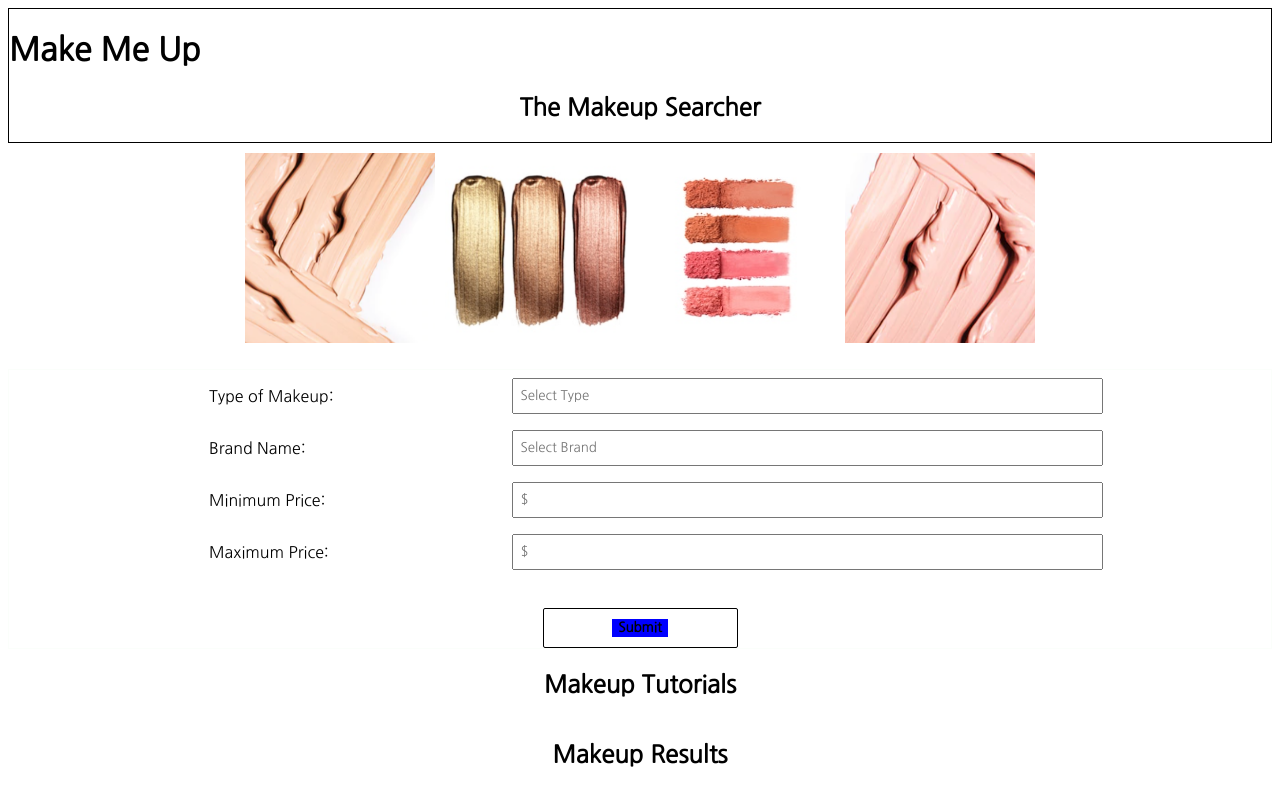
Repository: kaitlynMidori/MakeMeUp
Page: index.html
These files come from the project's save history. The page is drawn as it stood at one moment and after the next save; the edit follows.
The browser window is 1280 px wide. The pictures show the whole page.

Above is the page before, as saved 2020-12-13 16:47:14.

After the next save:
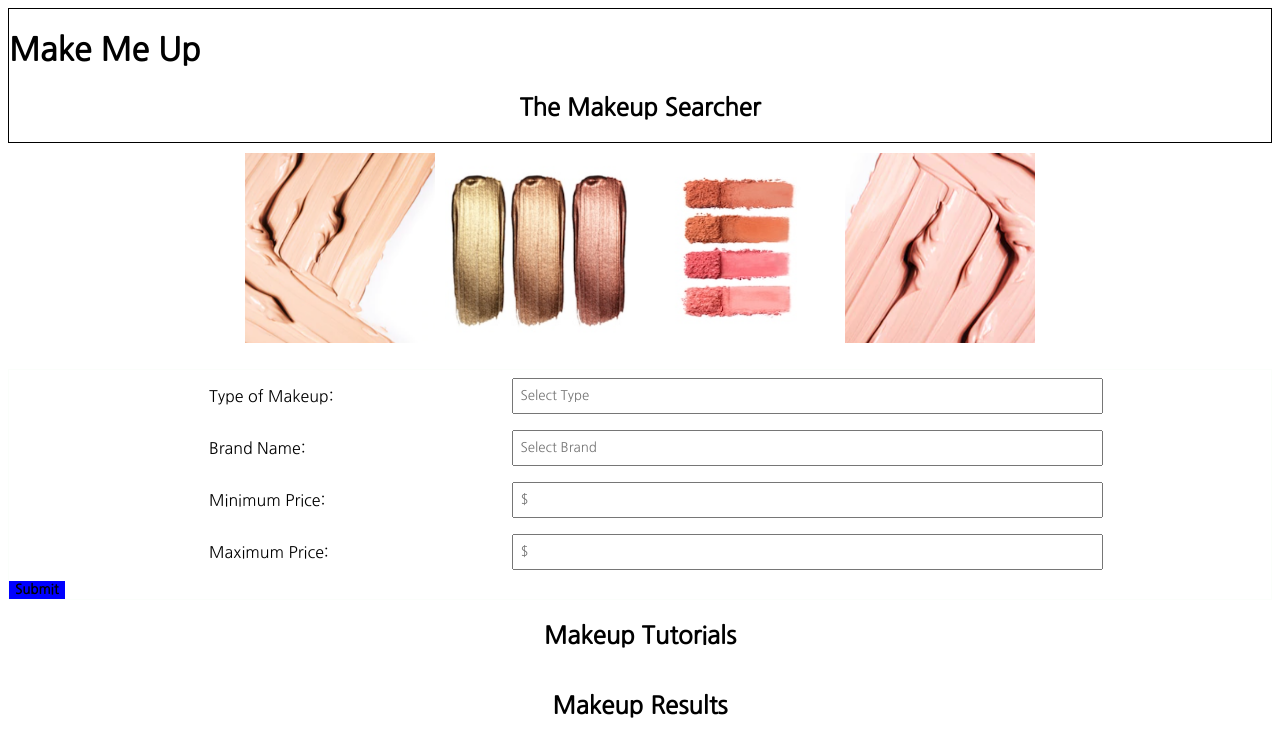
Saved 89 s later.
--- a/style.css
+++ b/style.css
@@ -77,7 +77,7 @@
     border: none;
 }
 
-.button {
+.submit-btn > button {
     max-width: 195px;
     display:flex;
     flex: 1;

After the save that followed:
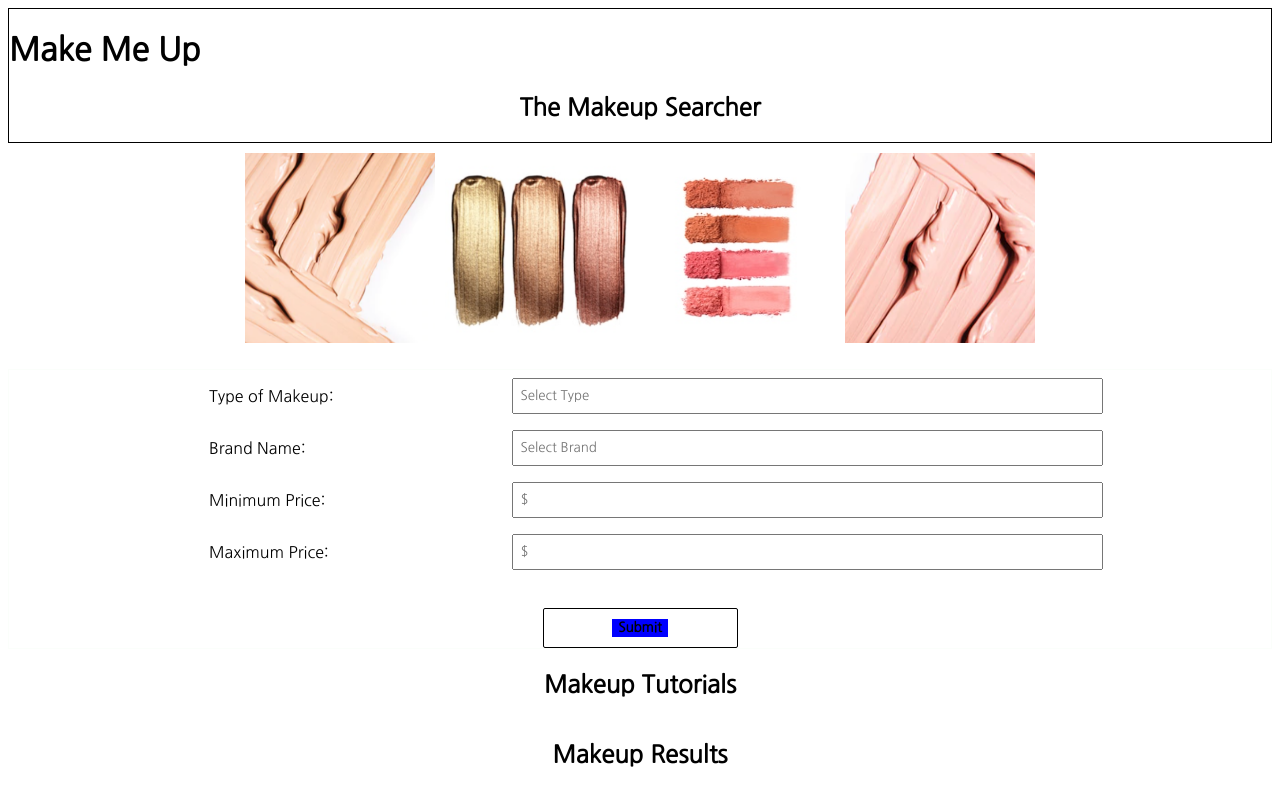
Saved 6 s later.
--- a/style.css
+++ b/style.css
@@ -77,7 +77,7 @@
     border: none;
 }
 
-.submit-btn > button {
+.button {
     max-width: 195px;
     display:flex;
     flex: 1;
